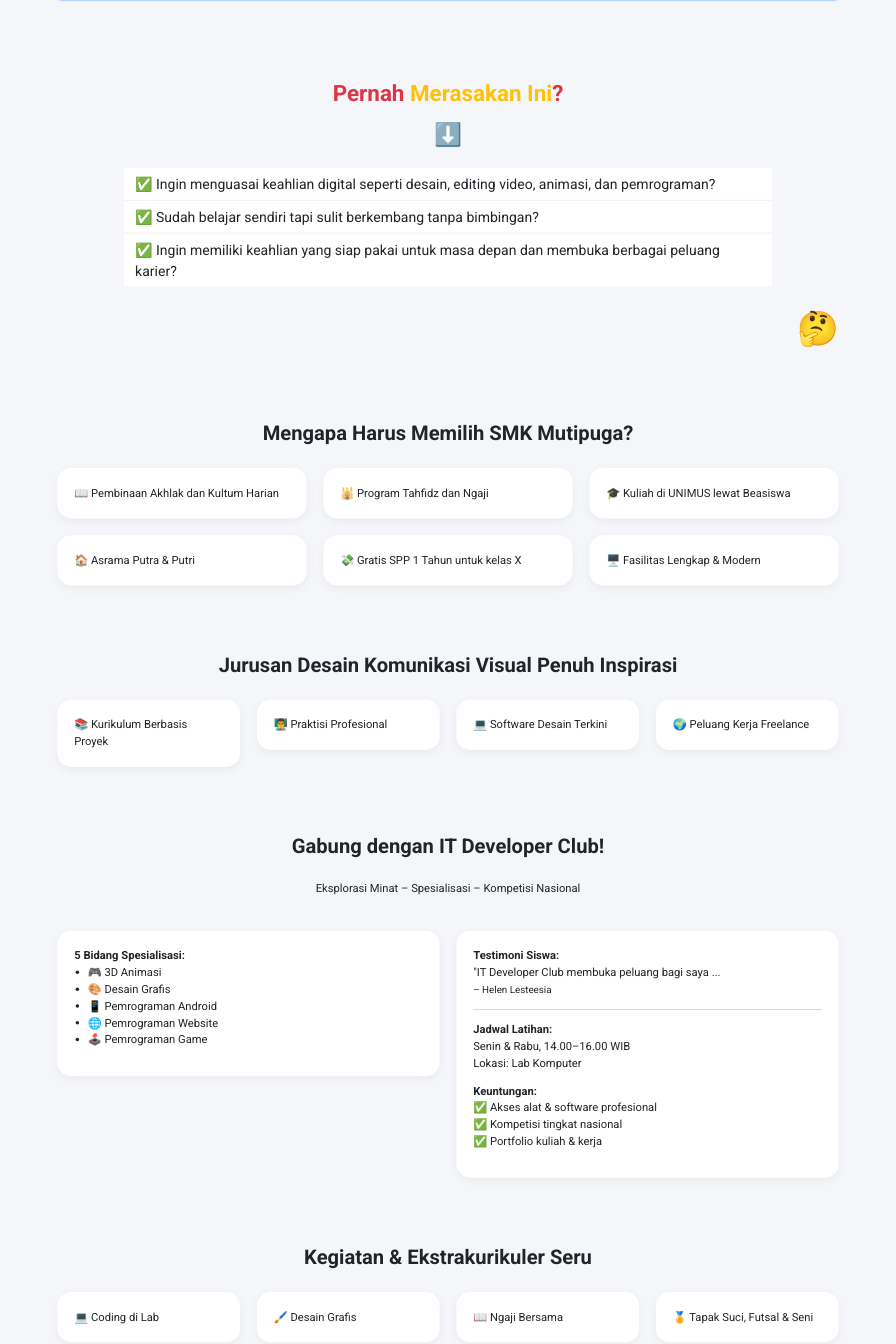
Repository: ppdbsmkmutipuga/ppdbsmkmutipuga.github.io
Page: index.html
An editor plug-in stored every save of this project. The page is shown before and after a run of saves, followed by the edit.
The browser window is 1280 px wide. The pictures show the part of the page from y = 652 to 2572 px (the page is 3251 px tall before and 3249 px after), at 70% of full size.

Above is the page before, as saved 2025-06-29 03:04:23.
Not found: main.js

### index.html
<!DOCTYPE html>
<html lang="id">

<head>
    <meta charset="UTF-8" />
    <meta name="viewport" content="width=device-width, initial-scale=1.0" />
    <meta name="description"
        content="PPDB SMK Muhammadiyah 3 Pucang Gading - Sekolah Digital Kreatif Jurusan DKV. Gratis SPP 1 tahun untuk kelas X!" />
    <meta name="keywords"
        content="PPDB, SMK Muhammadiyah, DKV, Sekolah Digital, Gratis SPP, Ekstrakurikuler, IT Developer Club" />
    <meta name="author" content="SMK Mutipuga" />
    <title>PPDB SMK Mutipuga 2025/2026</title>
    <link href="https://fonts.googleapis.com/css2?family=Roboto:wght@400;700&display=swap" rel="stylesheet">
    <link href="https://cdn.jsdelivr.net/npm/bootstrap@5.3.3/dist/css/bootstrap.min.css" rel="stylesheet">
    <link rel="stylesheet" href="style.css">
</head>

<body>
    <nav class="navbar navbar-expand-lg navbar-dark bg-primary sticky-top shadow-sm">
        <div class="container">
            <a class="navbar-brand fw-bold d-flex align-items-center" href="#">
                <img src="images/logo.png" alt="Logo SMK Mutipuga" height="32" class="me-2">
                <span class="d-none d-sm-inline">SMK Muhammadiyah 3 Pucang Gading</span>
                <span class="d-inline d-sm-none">SMK MUTIPUGA</span>
            </a>

            <button class="navbar-toggler" type="button" data-bs-toggle="collapse" data-bs-target="#navMenu">
                <span class="navbar-toggler-icon"></span>
            </button>


            <div class="collapse navbar-collapse" id="navMenu">
                <ul class="navbar-nav ms-auto">
                    <li class="nav-item"><a class="nav-link" href="#tentang">Tentang</a></li>
                    <li class="nav-item"><a class="nav-link" href="#jurusan">Jurusan</a></li>
                    <li class="nav-item"><a class="nav-link" href="#ekskul">Ekstrakurikuler</a></li>
                    <li class="nav-item"><a class="nav-link" href="#pendaftaran">Pendaftaran</a></li>
                </ul>
            </div>
        </div>
    </nav>

    <header class="hero">
        <h1>PPDB 2025/2026<br>SMK Muhammadiyah 3 Pucang Gading</h1>
        <p>Sekolah Digital Kreatif dengan Jurusan Desain Komunikasi Visual (DKV)</p>
        <div class="highlight-badge">Gratis SPP 1 Tahun untuk Kelas X!</div><br>
        <a href="#pendaftaran" class="btn btn-light mt-3 fw-bold px-4 py-2">Daftar Sekarang</a>
    </header>

    <section class="container py-5">
        <h2 class="section-title">Gagal Masuk Sekolah Negeri? Tenang, Masih Ada Solusi!</h2>
        <p class="text-center">Jangan berkecil hati! ...</p>
        <div class="alert alert-primary mt-4 text-center fw-semibold">
            🎓 Lulusan SMK Mutipuga siap kerja ...
        </div>
    </section>
    <section class="container py-5">
        <div class="text-center mb-4">
            <h2 class="fw-bold text-danger" style="font-size: 2rem;">
                Pernah <span class="text-warning">Merasakan Ini</span>?
            </h2>
            <div class="my-3">
                <span style="font-size: 2rem;">⬇️</span>
            </div>
        </div>

        <div class="row justify-content-center">
            <div class="col-md-10">
                <ul class="list-group list-group-flush fs-5">
                    <li class="list-group-item">
                        ✅ Ingin menguasai keahlian digital seperti desain, editing video, animasi, dan pemrograman?
                    </li>
                    <li class="list-group-item">
                        ✅ Sudah belajar sendiri tapi sulit berkembang tanpa bimbingan?
                    </li>
                    <li class="list-group-item">
                        ✅ Ingin memiliki keahlian yang siap pakai untuk masa depan dan membuka berbagai peluang karier?
                    </li>
                </ul>
            </div>
        </div>

        <div class="text-end mt-4">
            <span style="font-size: 3rem;">🤔</span>
        </div>
    </section>

    <section class="container py-5">
        <h2 class="section-title">Mengapa Harus Memilih SMK Mutipuga?</h2>
        <div class="row g-4">
            <div class="col-md-4">
                <div class="card-custom">📖 Pembinaan Akhlak dan Kultum Harian</div>
            </div>
            <div class="col-md-4">
                <div class="card-custom">🕌 Program Tahfidz dan Ngaji</div>
            </div>
            <div class="col-md-4">
                <div class="card-custom">🎓 Kuliah di UNIMUS lewat Beasiswa</div>
            </div>
            <div class="col-md-4">
                <div class="card-custom">🏠 Asrama Putra & Putri</div>
            </div>
            <div class="col-md-4">
                <div class="card-custom">💸 Gratis SPP 1 Tahun untuk kelas X</div>
            </div>
            <div class="col-md-4">
                <div class="card-custom">🖥️ Fasilitas Lengkap & Modern</div>
            </div>
        </div>
    </section>

    <section class="container py-5">
        <h2 class="section-title">Jurusan Desain Komunikasi Visual Penuh Inspirasi</h2>
        <div class="row g-4">
            <div class="col-md-3">
                <div class="card-custom">📚 Kurikulum Berbasis Proyek</div>
            </div>
            <div class="col-md-3">
                <div class="card-custom">👨‍🏫 Praktisi Profesional</div>
            </div>
            <div class="col-md-3">
                <div class="card-custom">💻 Software Desain Terkini</div>
            </div>
            <div class="col-md-3">
                <div class="card-custom">🌍 Peluang Kerja Freelance</div>
            </div>
        </div>
    </section>

    <section class="container py-5">
        <h2 class="section-title">Gabung dengan IT Developer Club!</h2>
        <p class="text-center">Eksplorasi Minat – Spesialisasi – Kompetisi Nasional</p>
        <div class="row g-4 mt-4">
            <div class="col-md-6">
                <div class="card-custom">
                    <strong>5 Bidang Spesialisasi:</strong>
                    <ul>
                        <li>🎮 3D Animasi</li>
                        <li>🎨 Desain Grafis</li>
                        <li>📱 Pemrograman Android</li>
                        <li>🌐 Pemrograman Website</li>
                        <li>🕹️ Pemrograman Game</li>
                    </ul>
                </div>
            </div>
            <div class="col-md-6">
                <div class="card-custom">
                    <strong>Testimoni Siswa:</strong>
                    <blockquote>"IT Developer Club membuka peluang bagi saya ...<br><small>– Helen Lesteesia</small>
                    </blockquote>
                    <hr>
                    <p><strong>Jadwal Latihan:</strong><br>Senin & Rabu, 14.00–16.00 WIB<br>Lokasi: Lab Komputer</p>
                    <p><strong>Keuntungan:</strong><br>
                        ✅ Akses alat & software profesional<br>
                        ✅ Kompetisi tingkat nasional<br>
                        ✅ Portfolio kuliah & kerja</p>
                </div>
            </div>
        </div>
    </section>

    <section class="container py-5">
        <h2 class="section-title">Kegiatan & Ekstrakurikuler Seru</h2>
        <div class="row g-4">
            <div class="col-md-3">
                <div class="card-custom">💻 Coding di Lab</div>
            </div>
            <div class="col-md-3">
                <div class="card-custom">🖌️ Desain Grafis</div>
            </div>
            <div class="col-md-3">
                <div class="card-custom">📖 Ngaji Bersama</div>
            </div>
            <div class="col-md-3">
                <div class="card-custom">🏅 Tapak Suci, Futsal & Seni</div>
            </div>
        </div>
    </section>

    <section id="pendaftaran" class="container py-5">
        <h2 class="section-title">Informasi Pendaftaran</h2>
        <div class="row g-4">
            <div class="col-md-6">
                <div class="card-custom">
                    <strong>Syarat Pendaftaran:</strong>
                    <ul>
                        <li>📝 Mengisi Formulir</li>
                        <li>📄 Fotokopi Ijazah / SKL</li>
                        <li>📁 Fotokopi KK, KTP Ortu, Akta</li>
                        <li>🖼️ Pas Foto 3x4 (4 lembar)</li>
                    </ul>
                    <p><strong>Jadwal:</strong><br>Gelombang 1: Jan–Mar 2025<br>Gelombang 2: Apr–Jun 2025</p>
                    <div class="highlight-badge mt-3">Promo: Gratis SPP 1 Tahun*</div>
                </div>
            </div>
            <div class="col-md-6">
                <div class="card-custom">
                    <strong>Biaya & Kontak:</strong>
                    <ul class="mb-2">
                        <li>💳 Seragam: Rp1.000.000,-</li>
                        <li>📚 SPP Kelas XI & XII: Rp100.000,- / bulan</li>
                        <li>🏫 Wakaf Gelombang 1: Rp500.000,-</li>
                        <li>🧪 Praktikum: Rp65.000,- / bulan</li>
                    </ul>
                    <hr>
                    <p>📱 WhatsApp: 081325977099<br>
                        ✉️ Email: smkmuh3puding@gmail.com<br>
                        📍 Alamat: Jl. Pucang Gading Raya, Batursari</p>
                </div>
            </div>
        </div>
        <p class="text-center mt-3"><small>*Syarat & ketentuan berlaku</small></p>
    </section>

    <footer class="footer">
        &copy; 2025 SMK Muhammadiyah 3 Pucang Gading. All Rights Reserved.
    </footer>

    <script src="https://cdn.jsdelivr.net/npm/bootstrap@5.3.3/dist/js/bootstrap.bundle.min.js"></script>
    <script src="main.js"></script>
</body>

</html>

### style.css
body {
    font-family: 'Roboto', sans-serif;
    background: #f5f6fa;
}

.navbar-brand img {
    max-height: 32px;
    width: auto;
}

.hero {
    background: linear-gradient(to right, #673ab7, #512da8);
    color: white;
    padding: 4rem 2rem;
    border-bottom-left-radius: 60px;
    text-align: center;
}

.hero h1 {
    font-weight: 700;
    font-size: 2.2rem;
}

.highlight-badge {
    background-color: #ffc107;
    padding: 0.5rem 1rem;
    border-radius: 50px;
    color: #000;
    font-weight: bold;
    display: inline-block;
    margin-top: 1rem;
}

.section-title {
    text-align: center;
    font-weight: 700;
    font-size: 1.8rem;
    margin-bottom: 2rem;
}

.card-custom {
    border: none;
    border-radius: 20px;
    box-shadow: 0 4px 12px rgba(0, 0, 0, 0.05);
    padding: 1.5rem;
    background: #fff;
}

.footer {
    background-color: #512da8;
    color: white;
    padding: 2rem;
    text-align: center;
    border-top-left-radius: 60px;
}

ul {
    padding-left: 1.2rem;
}

#scrollTopBtn {
    display: none;
    position: fixed;
    bottom: 40px;
    right: 20px;
    z-index: 99;
    font-size: 18px;
    background-color: #512da8;
    color: white;
    border: none;
    padding: 12px 16px;
    border-radius: 50%;
    cursor: pointer;
    box-shadow: 0 2px 6px rgba(0, 0, 0, 0.3);
    transition: background-color 0.3s ease;
}

#scrollTopBtn:hover {
    background-color: #311b92;
}

.fade-in {
    opacity: 0;
    transform: translateY(30px);
    transition: opacity 0.8s ease-out, transform 0.8s ease-out;
}

.fade-in.show {
    opacity: 1;
    transform: translateY(0);
}

After the next 2 saves:
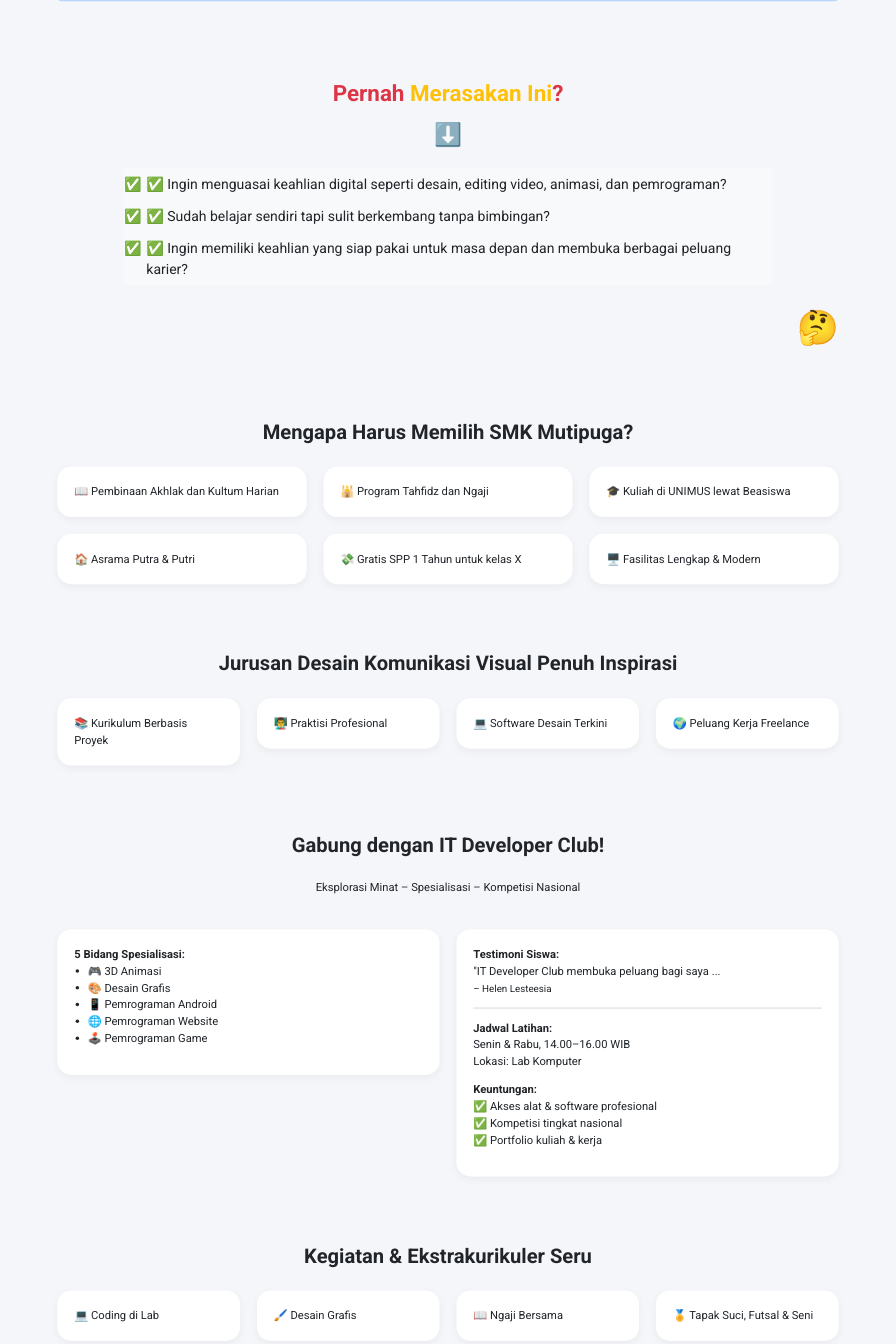
The 2 saves are shown as one change because they came seconds apart.
The last was saved 25 s later.
--- a/style.css
+++ b/style.css
@@ -7,6 +7,25 @@
     max-height: 32px;
     width: auto;
 }
+
+.list-group-item {
+    background-color: #f8f9fa;
+    border: none;
+    padding-left: 2rem;
+    position: relative;
+}
+
+.list-group-item::before {
+    content: "✅";
+    position: absolute;
+    left: 0;
+    color: green;
+}
+
+
+
+
+
 
 .hero {
     background: linear-gradient(to right, #673ab7, #512da8);
